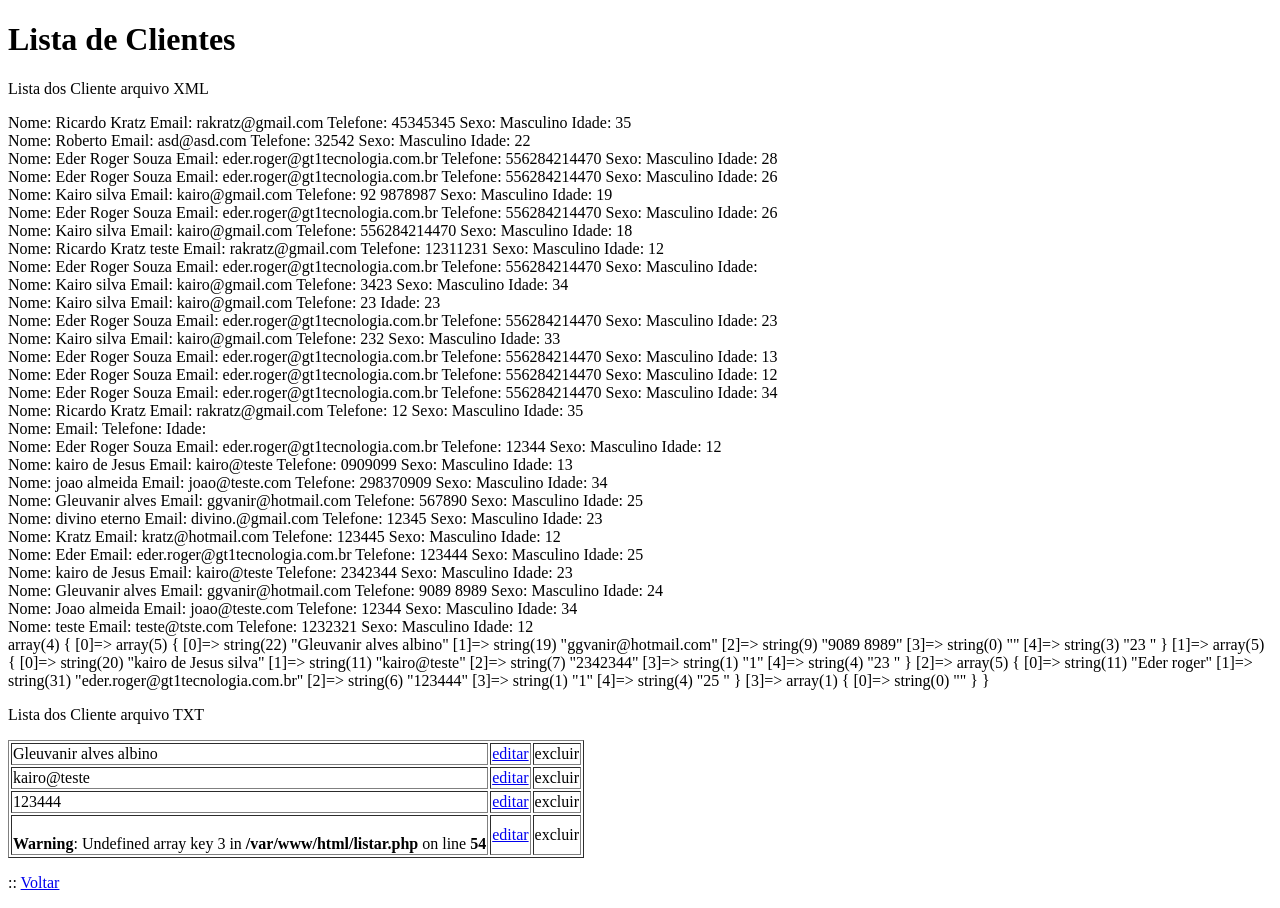
Repository: EderRoger/Faculdade
Page: http://localhost/listar.php
The author's editor kept a copy of each file at every save. The page is drawn from the files as they stood at one save, then again after the next save.
The browser window is 1280 px wide. The pictures show the whole page.
The page is run by PHP 8.4 with error messages shown; the project is at /var/www/html/.

Above is the page before, as saved 2011-10-26 17:10:09.

### kratz/workspace/cadastro/listar.php
<?php
/* Arquivo: index.php
 * Descrição: Página principal de uma sistema de cadastro de cliente usando arquivo e classes
 * Versão: 1.0
 * Autor: Ricardo de Andrade Kratz
 */
?>
<!doctype html>
<html>
  <head>
    <meta charset="ISO-8859-1">
    <title>Sistema de Cadastro de Client</title>
  </head>
  <body>
	<h1>Lista de Clientes</h1>



	<table border="1">
<?php
		include 'XML.classe.php';

		$XMLLocal = new XMLArquivo("cliente.xml");

		echo "<p>Lista dos Cliente arquivo XML</p>";

		$XMLLocal->buscaXML();

		include 'arquivo.class.php';

		$arquivoCliente = new ARQUIVO();

		$arquivoCliente->setArquivo("cliente.txt");
		$arquivoCliente->setOperacao("r");

		//$arrayCliente =  explode(";",$arquivoCliente->listarTodos());

		$arrayCliente = $arquivoCliente->listarTodos();

		//var_dump($arrayCliente);
		for ($i=0;$i<sizeof($arrayCliente);$i++) {
			$dados[] =  explode(";",$arrayCliente[$i]);
			//echo  $dados;
		}

		var_dump($dados);
		echo "<p>Lista dos Cliente arquivo TXT</p>";


		for ($i=0;$i<sizeof($dados);$i++) {
	?>
	<tr>
	 <td>
		<?php   echo $dados[$i][$i]; ?>
	 </td>
	 <td><a href="index.php?nome=<?=$arrayCliente[$i]; ?>&idade=<?=$arrayCliente[$i]; ?>&email=<?=$arrayCliente[$i]; ?>&telefone=<?=$arrayCliente[$i]; ?>"> editar</a></td>
	 <td>excluir</td>
	</tr>
	<?php
		}
	?>

	</table>
	<p>:: <a href="index.php"> Voltar</a></p>
  </body>
</html>

### kratz/workspace/cadastro/XML.classe.php
<?php
// Criar minha classe XML com SimpleXML
// Criar ou abrir um arquivo XML
// Buascar dados de um arquivo XML
// Gravar dados em um arquivo XML

class XMLArquivo{
	   private $_xml; // Ponteiro ou objeto para o arquivo físico já existente
   	   private $_xmlNovo; // Ponteiro para o arquivo lógico (objeto XML) novo
       private $_arquivo;	// Caminho ou path com o arquivo para ser aberto

       //Construtor e vamos abrir o arquivo XML
       public function __construct($arq){
       	// recebi o arquivo que será aberto
       	$this->_arquivo = $arq;
       	if( file_exists($arq) ) {
	      $this->_xml = simplexml_load_file($arq);
	   } else {
	   	// Criar uma novo arquivo com o nome vindo de $arq
	   	$this->_xmlNovo = new SimpleXMLElement('<?xml version="1.0" ?><cadastro />');
			// Criando um arquivo XML
			file_put_contents($arq, $this->_xmlNovo->asXML());
			// Ponteiro para o arquivo físico já existente
			$this->_xml = simplexml_load_file($arq);
	   }
   }
   public function adicionaCliente($nome, $email, $telefone, $sexo, $idade){
   	$cliente = $this->_xml->addChild('cliente');
   	$cliente->addChild('nome', $nome);
   	$cliente->addChild('email', $email);
   	$cliente->addChild('telefone', $telefone);
    $cliente->addChild('sexo', $sexo);
    $cliente->addChild('idade', $idade);
    file_put_contents($this->_arquivo , $this->_xml->asXML());
   }

    function buscaXML()
    {
		foreach($this->_xml->cliente as $cliente) // $cliente = $this->_xml->cliente;
		{
 			echo "Nome: ".$cliente->nome;
 			echo " Email: ".$cliente->email;
 			echo " Telefone: ".$cliente->telefone;
 			if ($cliente->sexo == "1")
 				echo " Sexo: Masculino";
 			if ($cliente->sexo == "2")
 				echo " Sexo: Feminino";
 			echo " Idade: ".$cliente->idade;
 			echo "<br>";
		}
    }
}

?>

### kratz/workspace/cadastro/cliente.xml
<?xml version="1.0"?>
<cadastro>
	<cliente>
		<nome>Ricardo Kratz</nome>
		<email>rakratz@gmail.com</email>
		<telefone>45345345</telefone>
		<sexo>1</sexo>
		<idade>35</idade>
	</cliente>
	<cliente>
		<nome>Roberto</nome>
		<email>asd@asd.com</email>
		<telefone>32542</telefone>
		<sexo>1</sexo>
		<idade>22</idade>
	</cliente>
<cliente><nome>Eder Roger Souza</nome><email>eder.roger@gt1tecnologia.com.br</email><telefone>556284214470</telefone><sexo>1</sexo><idade>28</idade></cliente><cliente><nome>Eder Roger Souza</nome><email>eder.roger@gt1tecnologia.com.br</email><telefone>556284214470</telefone><sexo>1</sexo><idade>26</idade></cliente><cliente><nome>Kairo silva</nome><email>kairo@gmail.com</email><telefone>92 9878987</telefone><sexo>1</sexo><idade>19</idade></cliente><cliente><nome>Eder Roger Souza</nome><email>eder.roger@gt1tecnologia.com.br</email><telefone>556284214470</telefone><sexo>1</sexo><idade>26</idade></cliente><cliente><nome>Kairo silva</nome><email>kairo@gmail.com</email><telefone>556284214470</telefone><sexo>1</sexo><idade>18</idade></cliente><cliente><nome>Ricardo Kratz teste</nome><email>rakratz@gmail.com</email><telefone>12311231</telefone><sexo>1</sexo><idade>12</idade></cliente><cliente><nome>Eder Roger Souza</nome><email>eder.roger@gt1tecnologia.com.br</email><telefone>556284214470</telefone><sexo>1</sexo><idade/></cliente><cliente><nome>Kairo silva</nome><email>kairo@gmail.com</email><telefone>3423</telefone><sexo>1</sexo><idade>34</idade></cliente><cliente><nome>Kairo silva</nome><email>kairo@gmail.com</email><telefone>23</telefone><sexo/><idade>23</idade></cliente><cliente><nome>Eder Roger Souza</nome><email>eder.roger@gt1tecnologia.com.br</email><telefone>556284214470</telefone><sexo>1</sexo><idade>23</idade></cliente><cliente><nome>Kairo silva</nome><email>kairo@gmail.com</email><telefone>232</telefone><sexo>1</sexo><idade>33</idade></cliente><cliente><nome>Eder Roger Souza</nome><email>eder.roger@gt1tecnologia.com.br</email><telefone>556284214470</telefone><sexo>1</sexo><idade>13</idade></cliente><cliente><nome>Eder Roger Souza</nome><email>eder.roger@gt1tecnologia.com.br</email><telefone>556284214470</telefone><sexo>1</sexo><idade>12</idade></cliente><cliente><nome>Eder Roger Souza</nome><email>eder.roger@gt1tecnologia.com.br</email><telefone>556284214470</telefone><sexo>1</sexo><idade>34</idade></cliente><cliente><nome>Ricardo Kratz</nome><email>rakratz@gmail.com</email><telefone>12</telefone><sexo>1</sexo><idade>35</idade></cliente><cliente><nome/><email/><telefone/><sexo/><idade/></cliente><cliente><nome>Eder Roger Souza</nome><email>eder.roger@gt1tecnologia.com.br</email><telefone>12344</telefone><sexo>1</sexo><idade>12</idade></cliente><cliente><nome>kairo de Jesus</nome><email>kairo@teste</email><telefone>0909099</telefone><sexo>1</sexo><idade>13</idade></cliente><cliente><nome>joao almeida</nome><email>joao@teste.com</email><telefone>298370909</telefone><sexo>1</sexo><idade>34</idade></cliente><cliente><nome>Gleuvanir alves</nome><email>ggvanir@hotmail.com</email><telefone>567890</telefone><sexo>1</sexo><idade>25</idade></cliente><cliente><nome>divino eterno</nome><email>divino.@gmail.com</email><telefone>12345</telefone><sexo>1</sexo><idade>23</idade></cliente><cliente><nome>Kratz</nome><email>kratz@hotmail.com</email><telefone>123445</telefone><sexo>1</sexo><idade>12</idade></cliente><cliente><nome>Eder</nome><email>eder.roger@gt1tecnologia.com.br</email><telefone>123444</telefone><sexo>1</sexo><idade>25</idade></cliente><cliente><nome>kairo de Jesus</nome><email>kairo@teste</email><telefone>2342344</telefone><sexo>1</sexo><idade>23</idade></cliente><cliente><nome>Gleuvanir alves</nome><email>ggvanir@hotmail.com</email><telefone>9089 8989</telefone><sexo>1</sexo><idade>24</idade></cliente><cliente><nome>Joao almeida</nome><email>joao@teste.com</email><telefone>12344</telefone><sexo>1</sexo><idade>34</idade></cliente><cliente><nome>teste</nome><email>teste@tste.com</email><telefone>1232321</telefone><sexo>1</sexo><idade>12</idade></cliente></cadastro>

### kratz/workspace/cadastro/arquivo.class.php
<?php
class ARQUIVO {
	private $_arquivo;
	private $_operacao;
	private $_linha;
	private $_conteudo;
	private $lines;
	/**
	 * @return the $_arquivo
	 */
	public function getArquivo() {
		return $this->_arquivo;
	}

	/**
	 * @return the $_operacao
	 */
	public function getOperacao() {
		return $this->_operacao;
	}

	/**
	 * @param field_type $_arquivo
	 */
	public function setArquivo($_arquivo) {
		$this->_arquivo = $_arquivo;
	}

	/**
	 * @param field_type $_operacao
	 */
	public function setOperacao($_operacao) {
		$this->_operacao = $_operacao;
	}

	public function gravar($conteudo) {
		//TENTA ABRIR O ARQUIVO TXT
		$abrir = fopen($this->_arquivo, "$this->_operacao");
		fwrite($abrir, $conteudo);
		fclose($abrir);
		return "Arquivo gravado com Sucesso !!";
	}

public function listarTodos() {

		$ponteiro = fopen ($this->_arquivo, "$this->_operacao");
		while (!feof ($ponteiro)) {
		  //LÊ UMA LINHA DO ARQUIVO
		  $this->_linha = fgets($ponteiro, 4096);
		  //IMPRIME NA TELA O RESULTADO
		  $this->lines[] =  $this->_linha;

		  //$this->_conteudo .= $this->_linha."<br>";
		}//FECHA WHILE
		fclose ($ponteiro);
		return $this->lines;
		//return $this->_conteudo;
		//FECHA O PONTEIRO DO ARQUIVO
	}





}
?>

### kratz/workspace/cadastro/cliente.txt
Gleuvanir alves albino;ggvanir@hotmail.com;9089 8989;;23
kairo de Jesus silva;kairo@teste;2342344;1;23
Eder  roger;eder.roger@gt1tecnologia.com.br;123444;1;25

After the next save:
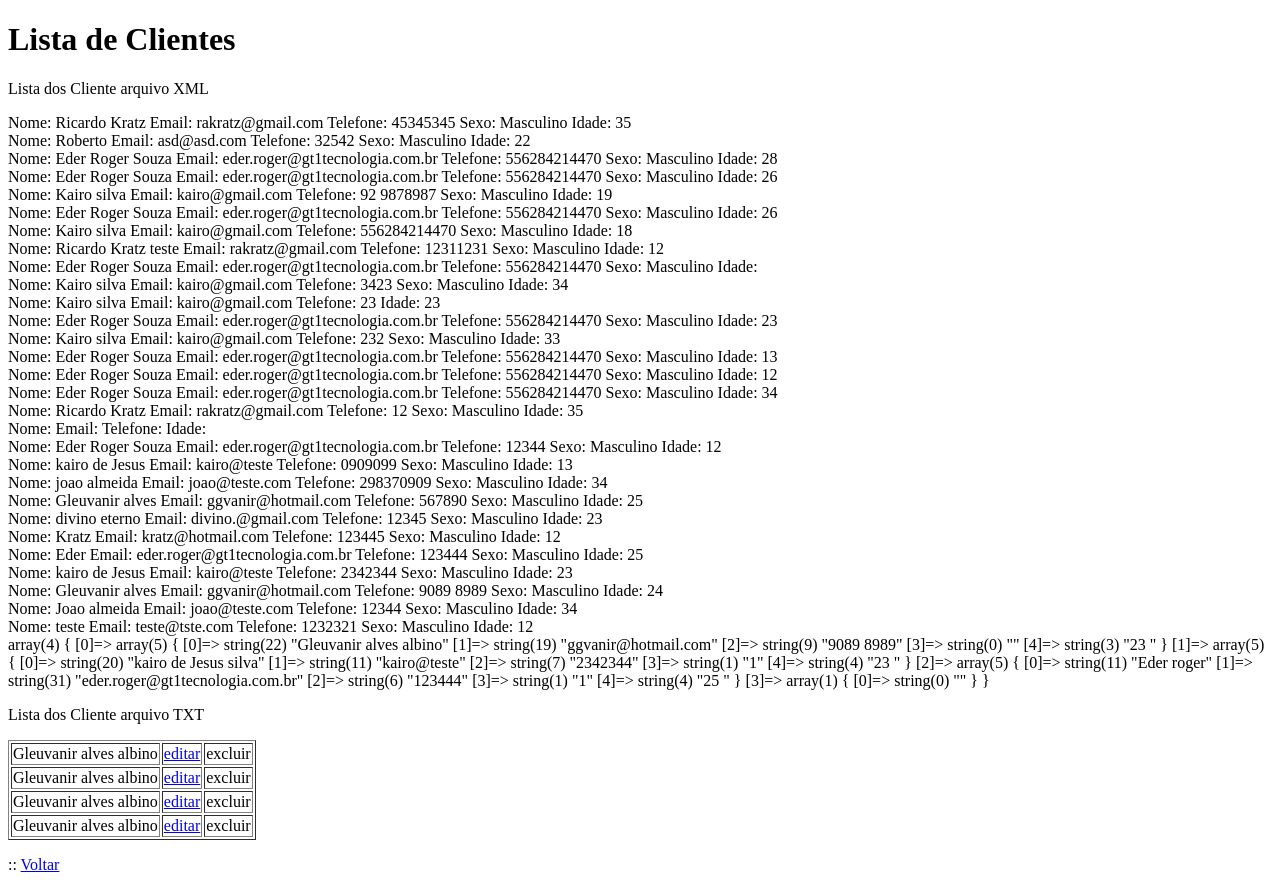
Saved 20 s later.
--- a/kratz/workspace/cadastro/listar.php
+++ b/kratz/workspace/cadastro/listar.php
@@ -51,7 +51,7 @@
 	?>
 	<tr>
 	 <td>
-		<?php   echo $dados[$i][$i]; ?>
+		<?php   echo $dados[0][0]; ?>
 	 </td>
 	 <td><a href="index.php?nome=<?=$arrayCliente[$i]; ?>&idade=<?=$arrayCliente[$i]; ?>&email=<?=$arrayCliente[$i]; ?>&telefone=<?=$arrayCliente[$i]; ?>"> editar</a></td>
 	 <td>excluir</td>
